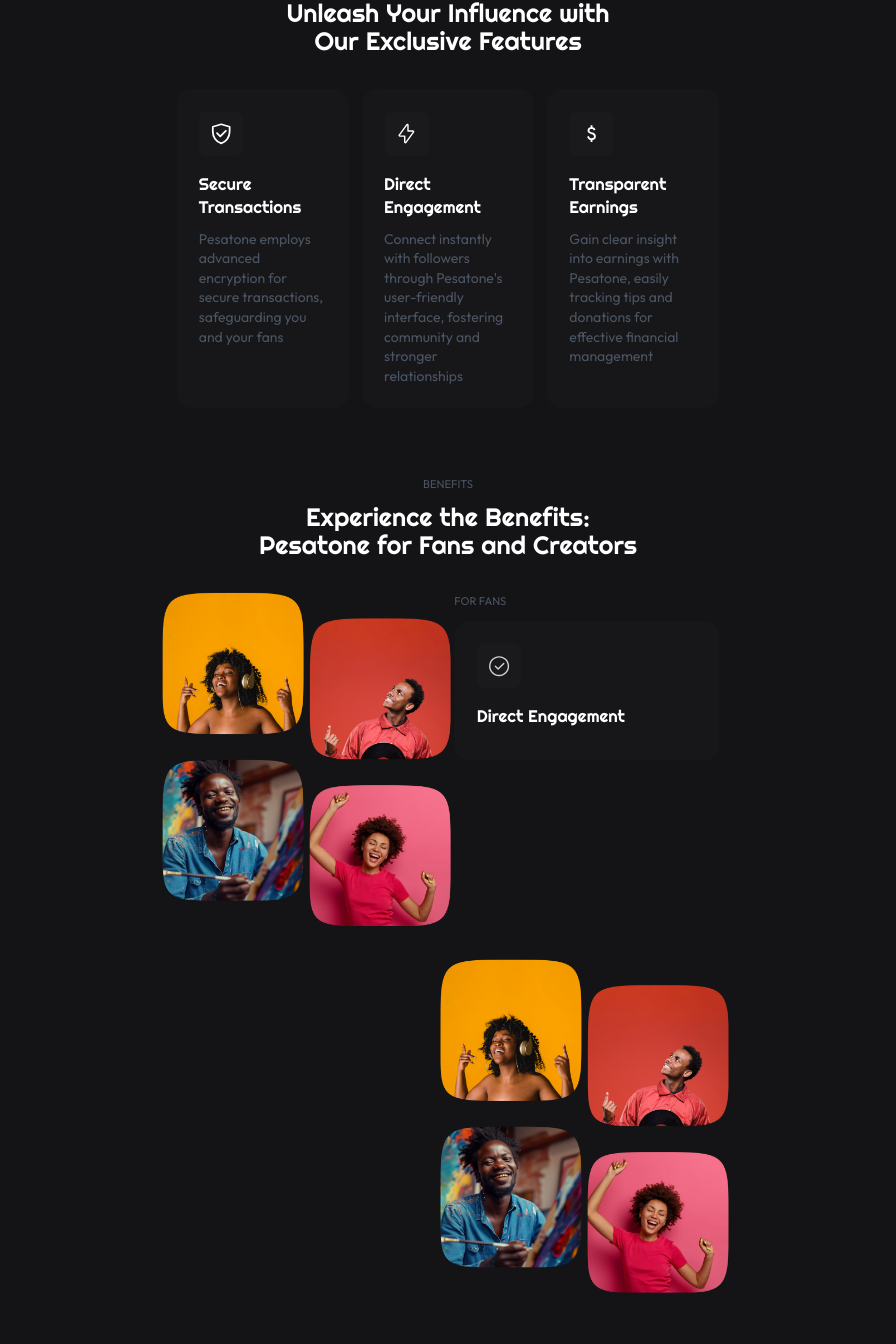
Repository: felixdusengimana/capstone-project-mirror
Page: / (app in frontend/)
The author's editor kept a copy of each file at every save. The page is drawn from the files as they stood at one save, then again after the next save.
The browser window is 1280 px wide. The pictures show the part of the page from y = 1077 to 2997 px (the page is 2997 px tall), at 70% of full size.
The project was rebuilt for these pictures with package versions that can differ from the ones it lists, and the page was loaded fresh each time. The framework's server and built-in components were replaced by stand-ins that run in the browser. Also part of the build but not shown: frontend/next.config.mjs.

Above is the page before, as saved 2024-03-11 15:22:46.

### frontend/app/layout.tsx
import type { Metadata } from "next";
import { Righteous, Outfit } from "next/font/google";
import "./globals.css";

const outfit = Outfit({ subsets: ["latin"], variable: "--font-outfit" });
const righteous = Righteous({
  subsets: ["latin"],
  variable: "--font-righteous",
  weight: "400",
});

export const metadata: Metadata = {
  title: "Pesatone - Search and gift your favorite creators",
  description:
    "A place where fans show gratitude to the African content creators they love!",
};

export default function RootLayout({
  children,
}: Readonly<{
  children: React.ReactNode;
}>) {
  return (
    <html lang="en">
      <body className={`${outfit.variable} ${righteous.variable} font-sans`}>
        {children}
      </body>
    </html>
  );
}

### frontend/app/page.tsx
import Avatar from "@/components/atoms/Avatar";
import Headline from "@/components/atoms/Headline";
import Card from "@/components/molecules/Card";
import Intro from "@/components/organisms/Intro";
import Navbar from "@/components/organisms/Navbar";
import Image from "next/image";
import React from "react";

export default function page() {
  return (
    <div className="py-[73px]">
      <Navbar />
      <Intro />
      <section className="mt-24 page-padding">
        <div className="max-w-[503px] mx-auto text-center">
          <h5 className="uppercase text-gray-600 mb-4">features</h5>
          <Headline className="text-4xl text-center">
            Unleash Your Influence with Our Exclusive Features
          </Headline>
        </div>
        <div className="grid grid-cols-3 gap-[18px] mt-12">
          <Card title="Secure Transactions" icon="secure">
            Pesatone employs advanced encryption for secure transactions,
            safeguarding you and your fans
          </Card>
          <Card title="Direct Engagement" icon="fast">
            Connect instantly with followers through Pesatone&apos;s
            user-friendly interface, fostering community and stronger
            relationships
          </Card>
          <Card title="Transparent Earnings" icon="dollar">
            Gain clear insight into earnings with Pesatone, easily tracking tips
            and donations for effective financial management
          </Card>
        </div>
      </section>

      <section className="mt-24 page-padding">
        <div className="max-w-[543px] mx-auto text-center">
          <h5 className="uppercase text-gray-600 mb-4">BENEFITS</h5>
          <Headline className="text-4xl text-center">
            Experience the Benefits: Pesatone for Fans and Creators
          </Headline>
        </div>
        <div className="grid grid-cols-2 gap-[18px] mt-12">
          <div className="grid grid-cols-2 w-fit">
            <Avatar
              alt="Profile 1"
              src="/profiles/profile4.png"
              size="2xl"
              circle={false}
              className="ml-[-20px]"
            />
            <Avatar
              alt="Profile 2"
              src={"/profiles/profile3.png"}
              size="2xl"
              circle={false}
              className="mt-[36px]"
            />
            <Avatar
              alt="Profile 3"
              src={"/profiles/profile2.png"}
              size="2xl"
              circle={false}
              className="ml-[-20px]"
            />
            <Avatar
              alt="Profile 4"
              src={"/profiles/profile1.png"}
              size="2xl"
              circle={false}
              className="mt-[36px]"
            />
          </div>
          <div>
            <h5 className="uppercase text-gray-600 mb-4">For Fans</h5>
            <Card title="Direct Engagement" icon="check"></Card>
          </div>
        </div>

        <div className="grid grid-cols-2 gap-[18px]  mt-12">
          <div></div>
          <div className="grid grid-cols-2 ml-auto w-fit">
            <Avatar
              alt="Profile 1"
              src="/profiles/profile4.png"
              size="2xl"
              circle={false}
              className="ml-[-20px]"
            />
            <Avatar
              alt="Profile 2"
              src={"/profiles/profile3.png"}
              size="2xl"
              circle={false}
              className="mt-[36px]"
            />
            <Avatar
              alt="Profile 3"
              src={"/profiles/profile2.png"}
              size="2xl"
              circle={false}
              className="ml-[-20px]"
            />
            <Avatar
              alt="Profile 4"
              src={"/profiles/profile1.png"}
              size="2xl"
              circle={false}
              className="mt-[36px]"
            />
          </div>
        </div>
      </section>
    </div>
  );
}

### frontend/app/globals.css
@tailwind base;
@tailwind components;
@tailwind utilities;

:root {
  --bg: #141416;
  --bg-hover: #232326;
  --secondary-color: #17171A;
  --foreground-rgb: 0, 0, 0;
  --background-start-rgb: 214, 219, 220;
  --background-end-rgb: 255, 255, 255;
}

@media (prefers-color-scheme: dark) {
  :root {
    --foreground-rgb: 255, 255, 255;
    --background-start-rgb: 0, 0, 0;
    --background-end-rgb: 0, 0, 0;
  }
}

body {
  background: var(--bg);
  color: rgb(var(--foreground-rgb));
}

@layer utilities {
  .text-balance {
    text-wrap: balance;
  }
}

.page-padding {
  padding: 0 252px;
}

### frontend/components/atoms/Avatar.tsx
/* eslint-disable @next/next/no-img-element */
import { ComponentProps } from "react";
import Icon from "./Icon";

interface AvatarProps extends ComponentProps<"div"> {
  src: string;
  alt?: string;
  size?: "sm" | "md" | "lg" | "xl" | "2xl";
  circle?: boolean;
  bordered?: boolean;
  fallBackText?: string;
}
export default function Avatar({ ...props }: AvatarProps) {
  const {
    src,
    alt,
    size = "sm",
    circle = true,
    fallBackText,
    bordered,
    ...rest
  } = props;

  const sizeClasses = {
    sm: "w-10 h-10",
    md: "w-12 h-12",
    lg: "w-16 h-16",
    xl: "w-[150px] h-[150px]",
    "2xl": "w-[202px] h-[202px]",
  };

  return (
    <div
      {...rest}
      className={`${src ? "bg-transparent" : "bg-gray-100"} ${
        circle ? "rounded-full" : "rounded"
      } ${bordered ? "border-2 border-white" : ""} ${sizeClasses[size]} ${
        rest.className
      } flex items-center justify-center overflow-hidden`}
    >
      {src ? (
        <img
          src={src}
          alt={alt}
          className={`w-full ${sizeClasses[size]} object-cover`}
        />
      ) : fallBackText ? (
        fallBackText
      ) : (
        <Icon name="user" />
      )}
    </div>
  );
}

### frontend/components/atoms/Headline.tsx
import { ComponentProps } from "react";

interface HeadlineProps extends ComponentProps<"h1"> {}

export default function Headline({ ...props }: HeadlineProps) {
  return (
    <div className={`font-mono text-white ${props.className}`}>
      {props.children}
    </div>
  );
}

### frontend/components/molecules/Card.tsx
import { ComponentProps, ReactNode } from "react";
import Icon, { IconNames } from "../atoms/Icon";
import Headline from "../atoms/Headline";

interface CardProps extends ComponentProps<"div"> {
  icon?: IconNames;
  title?: string;
}

export default function Card({ ...props }: CardProps) {
  const { icon, title, ...rest } = props;
  return (
    <div
      {...rest}
      className={`bg-[#171719] p-8 rounded-[23px] ${props.className}`}
    >
      {icon && (
        <div className="w-16 h-16 rounded-[11px] bg-[#1A1A1C] flex items-center justify-center">
          <Icon name={icon} />
        </div>
      )}
      <Headline className="text-2xl font-normal mt-6">{title}</Headline>
      <p className="text-gray-600 font-normal text-xl mt-4 max-w-[333px]">
        {props.children}
      </p>
    </div>
  );
}

### frontend/components/organisms/Intro.tsx
"use client";

import Headline from "@/components/atoms/Headline";
import Search from "@/components/molecules/Search";
import DownloadApp from "../molecules/DownloadApp";

export default function Intro() {
  return (
    <div className="grid grid-cols-2 pl-[252px]">
      <div className="mt-40">
        <Headline className="text-[64px] leading-[79.47px]">
          Search and gift your favorite creators
        </Headline>
        <p className="text-xl text-gray-600 max-w-[535px] mt-5">
          A place where fans show gratitude to the African content creators they
          love!
        </p>
        <Search className="max-w-[502px] mt-10" />

        <p className="text-gray-600 mt-24 text-base">
          Trusted Users <br />
          Rated 4.5 by 700K+ Customers
        </p>
        <div className="flex gap-6 mt-6">
          <DownloadApp os="android" />
          <DownloadApp os="ios" className="px-[42px]" />
        </div>
      </div>
      <div className="h-full w-full">
        {/* eslint-disable-next-line @next/next/no-img-element */}
        <img src="./home-bg.png" alt="" className="w-full h-full" />
      </div>
    </div>
  );
}

### frontend/components/organisms/Navbar.tsx
import Image from "next/image";
import Button from "../atoms/Button";
import Link from "next/link";

export default function Navbar() {
  return (
    <div className="page-padding flex justify-between items-center">
      <Link href={"/"} className="flex  items-center gap-2">
        <Image
          src="/logo-white.png"
          alt="PESATONElogo"
          width={40}
          height={40}
        />
        <p className="text-sm">ESATONE</p>
      </Link>
      <div className="flex items-center gap-6">
        <Link href={"/login"}>
          <Button variant="secondary" className="px-12">
            Login
          </Button>
        </Link>
        <Link href={"/join"}>
          <Button variant="white" className="font-semibold">
            Sign up free
          </Button>
        </Link>
      </div>
    </div>
  );
}

### frontend/components/atoms/Icon.tsx
import { ComponentProps } from "react";

// export icons names
export type IconNames =
  | "user"
  | "search"
  | "google-play"
  | "apple-store"
  | "secure"
  | "fast"
  | "dollar"
  | "check";
interface IconProps extends ComponentProps<"svg"> {
  name: IconNames;
}

function User({ ...props }) {
  return (
    <svg
      width="41"
      height="40"
      viewBox="0 0 41 40"
      fill="none"
      xmlns="http://www.w3.org/2000/svg"
      {...props}
    >
      <path
        d="M20.5 17.5C23.2614 17.5 25.5 15.2614 25.5 12.5C25.5 9.73858 23.2614 7.5 20.5 7.5C17.7386 7.5 15.5 9.73858 15.5 12.5C15.5 15.2614 17.7386 17.5 20.5 17.5Z"
        stroke="#4B5563"
        stroke-width="2.5"
        stroke-linecap="round"
        stroke-linejoin="round"
      />
      <path
        d="M33 34.1666C32.2083 18.6116 8.79167 18.6116 8 34.1666"
        stroke="#4B5563"
        stroke-width="2.5"
        stroke-linecap="round"
        stroke-linejoin="round"
      />
    </svg>
  );
}

function Search({ ...props }) {
  return (
    <svg
      width="25"
      height="24"
      viewBox="0 0 25 24"
      fill="none"
      xmlns="http://www.w3.org/2000/svg"
      {...props}
    >
      <path
        d="M12.25 21C17.4967 21 21.75 16.7467 21.75 11.5C21.75 6.25329 17.4967 2 12.25 2C7.00329 2 2.75 6.25329 2.75 11.5C2.75 16.7467 7.00329 21 12.25 21Z"
        stroke="white"
        stroke-width="1.5"
        stroke-linecap="round"
        stroke-linejoin="round"
      />
      <path
        d="M22.75 22L20.75 20"
        stroke="white"
        stroke-width="1.5"
        stroke-linecap="round"
        stroke-linejoin="round"
      />
    </svg>
  );
}

function GooglePlay({ ...props }) {
  return (
    <svg
      width="24"
      height="26"
      viewBox="0 0 24 26"
      fill="none"
      xmlns="http://www.w3.org/2000/svg"
      {...props}
    >
      <path
        d="M0.5 1.8021C0.5 1.51614 0.542639 1.28558 0.609847 1.10408L12.3649 12.8601L0.609492 24.6155C0.542481 24.4343 0.5 24.2041 0.5 23.9181V1.8021Z"
        fill="#DBDBDB"
        stroke="#141416"
      />
      <path
        d="M21.7947 13.8705L17.1402 16.5151L13.4871 12.8602L17.1401 9.20711L21.795 11.8518C22.4025 12.1971 22.5898 12.5815 22.5898 12.8607C22.5898 13.14 22.4024 13.5247 21.7947 13.8705Z"
        fill="#DBDBDB"
        stroke="#141416"
      />
      <path
        d="M12.9249 13.5672L1.28237 25.2107C1.53963 25.2489 1.87564 25.1875 2.29386 24.9504L12.9249 13.5672ZM12.9249 13.5672L16.3313 16.9736L2.29424 24.9502L12.9249 13.5672Z"
        fill="#DBDBDB"
        stroke="#141416"
      />
      <path
        d="M2.29386 0.770789L2.29389 0.770804L16.3314 8.74667L12.9258 12.1539L1.28212 0.510202C1.53951 0.471751 1.87563 0.533127 2.29386 0.770789Z"
        fill="#DBDBDB"
        stroke="#141416"
      />
    </svg>
  );
}

function AppleStore({ ...props }) {
  return (
    <svg
      width="18"
      height="22"
      viewBox="0 0 18 22"
      fill="none"
      xmlns="http://www.w3.org/2000/svg"
      {...props}
    >
      <path
        d="M14.8872 11.6924C14.9088 10.0114 15.8116 8.42082 17.2437 7.54036C16.3402 6.25004 14.827 5.43194 13.2526 5.38268C11.5733 5.20642 9.94537 6.38751 9.08966 6.38751C8.21739 6.38751 6.89989 5.40018 5.48116 5.42937C3.6319 5.48911 1.90794 6.5405 1.00824 8.15724C-0.925764 11.5057 0.516826 16.4267 2.36944 19.1333C3.29634 20.4587 4.37962 21.9391 5.79707 21.8866C7.18413 21.8291 7.70217 21.0021 9.37647 21.0021C11.0352 21.0021 11.5213 21.8866 12.9675 21.8532C14.4558 21.8291 15.3936 20.522 16.288 19.1841C16.954 18.2397 17.4664 17.196 17.8064 16.0916C16.0573 15.3518 14.8892 13.5916 14.8872 11.6924Z"
        fill="#DBDBDB"
      />
      <path
        d="M12.1555 3.60268C12.967 2.62847 13.3668 1.37629 13.27 0.112061C12.0302 0.242281 10.8849 0.83484 10.0624 1.77167C9.25815 2.687 8.83959 3.91715 8.91872 5.13306C10.159 5.14583 11.3783 4.56933 12.1555 3.60268Z"
        fill="#DBDBDB"
      />
    </svg>
  );
}

function Secure({ ...props }) {
  return (
    <svg
      width="32"
      height="32"
      viewBox="0 0 32 32"
      fill="none"
      xmlns="http://www.w3.org/2000/svg"
    >
      <path
        d="M4 6.17063L16.006 2.66663L28 6.17063V13.356C27.9999 17.0384 26.8411 20.6275 24.6877 23.6147C22.5344 26.602 19.4956 28.8359 16.002 30C12.5073 28.836 9.46753 26.6018 7.3134 23.6139C5.15927 20.6261 4.00005 17.0361 4 13.3526V6.17063Z"
        stroke="white"
        stroke-width="2.5"
        stroke-linejoin="round"
      />
      <path
        d="M10 15.3333L14.6667 20L22.6667 12"
        stroke="white"
        stroke-width="2.5"
        stroke-linecap="round"
        stroke-linejoin="round"
      />
    </svg>
  );
}

function Fast({ ...props }) {
  return (
    <svg
      width="33"
      height="32"
      viewBox="0 0 33 32"
      fill="none"
      xmlns="http://www.w3.org/2000/svg"
    >
      <path
        d="M7.1665 19.6667H14.1665V28C14.1665 28.4331 14.4454 28.817 14.8573 28.951C15.2692 29.0849 15.7205 28.9385 15.9752 28.5882L26.6419 13.9215C26.8631 13.6173 26.895 13.2147 26.7243 12.8796C26.5536 12.5444 26.2093 12.3333 25.8332 12.3333H18.8332V4C18.8332 3.56686 18.5543 3.18296 18.1424 3.04902C17.7305 2.91507 17.2792 3.06153 17.0244 3.41183L6.35777 18.0785C6.13654 18.3827 6.10471 18.7853 6.27539 19.1204C6.44607 19.4556 6.79038 19.6667 7.1665 19.6667Z"
        stroke="white"
        stroke-width="2"
        stroke-linecap="round"
        stroke-linejoin="round"
      />
    </svg>
  );
}

function Dollar({ ...props }) {
  return (
    <svg
      width="32"
      height="32"
      viewBox="0 0 32 32"
      fill="none"
      xmlns="http://www.w3.org/2000/svg"
    >
      <path
        d="M14.6999 28V25.1333C13.5222 24.8667 12.5057 24.3556 11.6506 23.6C10.7955 22.8444 10.1675 21.7778 9.7666 20.4L12.2333 19.4C12.5666 20.4667 13.0613 21.2778 13.7173 21.8333C14.3733 22.3889 15.2342 22.6667 16.2999 22.6667C17.211 22.6667 17.9835 22.4613 18.6173 22.0507C19.251 21.64 19.5675 21.0009 19.5666 20.1333C19.5666 19.3556 19.3222 18.7391 18.8333 18.284C18.3444 17.8289 17.211 17.312 15.4333 16.7333C13.5222 16.1333 12.211 15.4169 11.4999 14.584C10.7888 13.7511 10.4333 12.7342 10.4333 11.5333C10.4333 10.0889 10.8999 8.96667 11.8333 8.16667C12.7666 7.36667 13.7222 6.91111 14.6999 6.8V4H17.3666V6.8C18.4777 6.97778 19.3946 7.38356 20.1173 8.01733C20.8399 8.65111 21.3675 9.42311 21.6999 10.3333L19.2333 11.4C18.9666 10.6889 18.5888 10.1556 18.0999 9.8C17.611 9.44444 16.9444 9.26667 16.0999 9.26667C15.1222 9.26667 14.3777 9.48356 13.8666 9.91733C13.3555 10.3511 13.0999 10.8898 13.0999 11.5333C13.0999 12.2667 13.4333 12.8444 14.0999 13.2667C14.7666 13.6889 15.9222 14.1333 17.5666 14.6C19.0999 15.0444 20.2613 15.7502 21.0506 16.7173C21.8399 17.6844 22.2342 18.8009 22.2333 20.0667C22.2333 21.6444 21.7666 22.8444 20.8333 23.6667C19.8999 24.4889 18.7444 25 17.3666 25.2V28H14.6999Z"
        fill="white"
      />
    </svg>
  );
}

function Check({ ...props }) {
  return (
    <svg
      width="32"
      height="33"
      viewBox="0 0 32 33"
      fill="none"
      xmlns="http://www.w3.org/2000/svg"
    >
      <path
        d="M15.9998 30.2089C17.7511 30.2112 19.4856 29.8673 21.1036 29.1971C22.7216 28.5269 24.1911 27.5436 25.4278 26.3036C26.6678 25.0669 27.6512 23.5973 28.3214 21.9793C28.9916 20.3613 29.3354 18.6269 29.3332 16.8756C29.3354 15.1243 28.9915 13.3898 28.3213 11.7719C27.6511 10.1539 26.6678 8.68432 25.4278 7.44758C24.1911 6.2076 22.7216 5.22425 21.1036 4.55404C19.4856 3.88383 17.7511 3.53998 15.9998 3.54225C14.2486 3.54001 12.5141 3.88388 10.8961 4.55409C9.27816 5.2243 7.80859 6.20763 6.57185 7.44758C5.3319 8.68432 4.34856 10.1539 3.67836 11.7719C3.00815 13.3898 2.66428 15.1243 2.66652 16.8756C2.66425 18.6269 3.0081 20.3613 3.67831 21.9793C4.34851 23.5973 5.33187 25.0669 6.57185 26.3036C7.80859 27.5435 9.27816 28.5269 10.8961 29.1971C12.5141 29.8673 14.2486 30.2111 15.9998 30.2089Z"
        stroke="white"
        stroke-opacity="0.8"
        stroke-width="2"
        stroke-linejoin="round"
      />
      <path
        d="M10.6665 16.8755L14.6665 20.8755L22.6665 12.8755"
        stroke="white"
        stroke-opacity="0.8"
        stroke-width="2"
        stroke-linecap="round"
        stroke-linejoin="round"
      />
    </svg>
  );
}

export default function Icon({ name, ...props }: IconProps) {
  switch (name) {
    case "user":
      return <User {...props} />;
    case "search":
      return <Search {...props} />;
    case "google-play":
      return <GooglePlay {...props} />;
    case "apple-store":
      return <AppleStore {...props} />;
    case "secure":
      return <Secure {...props} />;
    case "fast":
      return <Fast {...props} />;
    case "dollar":
      return <Dollar {...props} />;
    case "check":
      return <Check {...props} />;
    default:
      return null;
  }
}

### frontend/components/molecules/Search.tsx
"use client";
import { ComponentProps, useEffect, useState } from "react";
import Icon from "../atoms/Icon";

interface SearchProps extends ComponentProps<"div"> {
  placeholder?: string;
  onSearch?: (query: string) => void;
  onClear?: () => void;
}
export default function Search({
  placeholder = "Search for creators",
  onSearch,
  onClear,
  ...props
}: SearchProps) {
  const [query, setQuery] = useState("");

  // return value after 300ms
  useEffect(
    () => {
      const timer = setTimeout(() => {
        onSearch?.(query);
      }, 300);
      return () => clearTimeout(timer);
    },
    // eslint-disable-next-line react-hooks/exhaustive-deps
    [query]
  );

  return (
    <div
      {...props}
      className={`flex bg-[#2C2C3033] px-5 py-4 gap-4 rounded-full ${props.className}`}
    >
      <Icon name="search" onClick={() => onSearch?.(query)} />
      <input
        type="text"
        placeholder={placeholder}
        className="w-full text-white bg-transparent outline-none"
        onChange={(e) => setQuery(e.target.value)}
      />
    </div>
  );
}

### frontend/components/molecules/DownloadApp.tsx
import { ComponentProps } from "react";
import Icon from "../atoms/Icon";

interface DownloadAppProps extends ComponentProps<"div"> {
  os: "android" | "ios";
}

export default function DownloadApp({ os, ...props }: DownloadAppProps) {
  return (
    <div
      {...props}
      className={`flex items-center gap-4 px-10 py-4 border border-[#202024] bg-[#202024] rounded-full cursor-pointer min-w-[202.09px]`}
    >
      <Icon name={os == "android" ? "google-play" : "apple-store"} />
      <div>
        <p className="text-[#DBDBDB] font-medium text-[10px]">
          {os == "android" ? "Get it On" : "Download on the"}
        </p>
        <h3 className="text-[#DBDBDB] font-bold text-sm">
          {os == "android" ? "Google Play" : "App Store"}
        </h3>
      </div>
    </div>
  );
}

### frontend/components/atoms/Button.tsx
import { ComponentProps } from "react";

interface ButtonProps extends ComponentProps<"button"> {
  variant?: "dark" | "white" | "blurred" | "secondary";
  size?: "sm" | "md" | "lg";
  bordered?: boolean;
}

export default function Button({ ...props }: ButtonProps) {
  const { variant = "dark", size = "md", bordered = false } = props;

  const variantClasses = {
    dark: "bg-black text-white",
    white: "bg-white text-black",
    secondary: "bg-secondary text-white",
    blurred: "bg-blurred text-white",
  };

  const sizeClasses = {
    sm: "px-2 py-1",
    md: "px-8 py-4",
    lg: "px-6 py-3",
  };

  const borderClasses = bordered ? "border border-black" : "";

  return (
    <button
      {...props}
      className={`text-xl font-normal rounded-full ${variantClasses[variant]} ${sizeClasses[size]} ${borderClasses} ${props.className}`}
    >
      {props.children}
    </button>
  );
}

### frontend/tailwind.config.ts
import type { Config } from "tailwindcss";

const config: Config = {
  content: [
    "./pages/**/*.{js,ts,jsx,tsx,mdx}",
    "./components/**/*.{js,ts,jsx,tsx,mdx}",
    "./app/**/*.{js,ts,jsx,tsx,mdx}",
  ],
  theme: {
    extend: {
      // backgroundImage: {
      //   "gradient-radial": "radial-gradient(var(--tw-gradient-stops))",
      //   "gradient-conic":
      //     "conic-gradient(from 180deg at 50% 50%, var(--tw-gradient-stops))",
      // },
      fontFamily: {
        sans: ["var(--font-outfit)"],
        mono: ["var(--font-righteous)"],
      },
      colors: {
        secondary: "var(--secondary-color)",
      },
    },
  },
  plugins: [],
};
export default config;

After the next save:
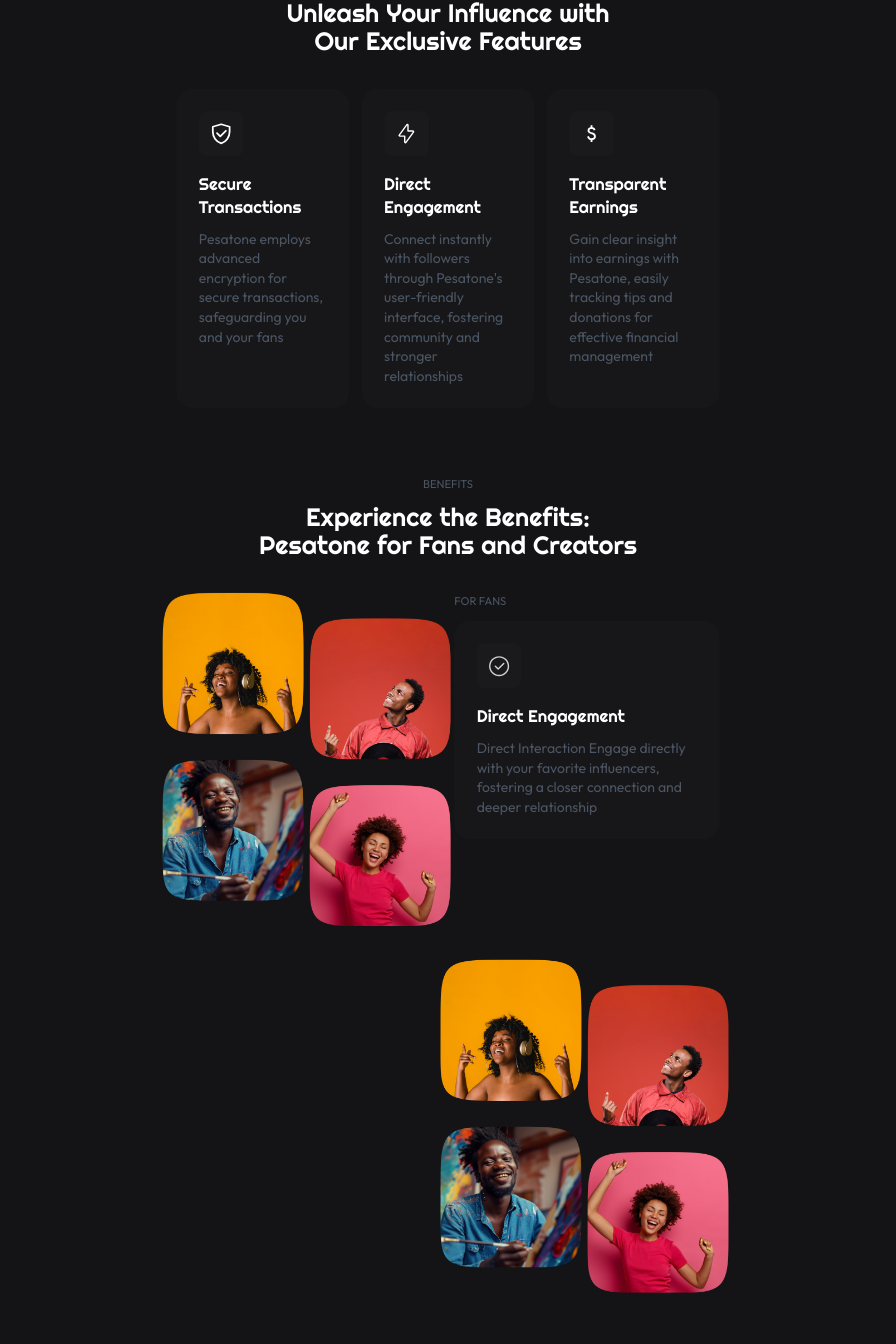
Saved 14 s later.
--- a/frontend/app/page.tsx
+++ b/frontend/app/page.tsx
@@ -75,7 +75,10 @@ export default function page() {
           </div>
           <div>
             <h5 className="uppercase text-gray-600 mb-4">For Fans</h5>
-            <Card title="Direct Engagement" icon="check"></Card>
+            <Card title="Direct Engagement" icon="check">
+              <span>Direct Interaction</span> Engage directly with your favorite
+              influencers, fostering a closer connection and deeper relationship
+            </Card>
           </div>
         </div>
 
